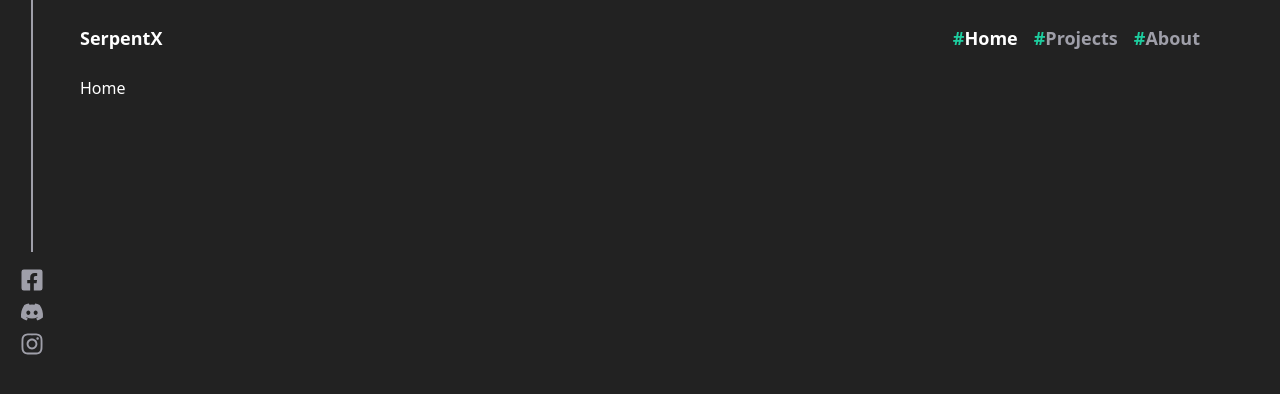
Repository: SERPENTX03/Portfolio-Tutorial
Page: /
An editor plug-in stored every save of this project. The page is shown before and after the next save, followed by the edit.
The browser window is 1280 px wide. The pictures show the whole page.
The project was rebuilt for these pictures with package versions that can differ from the ones it lists, and the page was loaded fresh each time. The framework's server and built-in components were replaced by stand-ins that run in the browser. Also part of the build but not shown: next.config.ts.

Above is the page before, as saved 2025-04-19 20:11:24.

### app/layout.tsx
import type { Metadata } from "next";
import { Geist, Geist_Mono } from "next/font/google";
import "./globals.css";
import SideContact from "@/components/SideContact";
import Navbar from "@/components/nav/Navbar";

const geistSans = Geist({
  variable: "--font-geist-sans",
  subsets: ["latin"],
});

const geistMono = Geist_Mono({
  variable: "--font-geist-mono",
  subsets: ["latin"],
});

export const metadata: Metadata = {
  title: "Create Next App",
  description: "Generated by create next app",
};

export default function RootLayout({
  children,
}: Readonly<{
  children: React.ReactNode;
}>) {
  return (
    <html lang="en">
      <body
        className={`${geistSans.variable} ${geistMono.variable} antialiased`}
      >
        <SideContact />
        <main className="max-w-[1200px] mx-auto px-10 ">
          <Navbar />
          {children}
        </main>
      </body>
    </html>
  );
}

### app/globals.css
@import "tailwindcss";

@theme {
  --color-primary: #1dcd9f;
  --color-background: #222222;
  --color-text: #9f9fa9;
}

body {
  background-color: var(--color-background);
  color: white;
}

### components/SideContact.tsx
import Link from "next/link";
import { FaFacebookSquare } from "react-icons/fa";
import { FaDiscord } from "react-icons/fa";
import { FaInstagram } from "react-icons/fa";

const SideContact = () => {
  return (
    <div className="fixed top-0 left-0 w-16 flex flex-col ">
      {/* Line */}
      <div className="h-[35vh] relative">
        <div className="h-full border border-text absolute top-0 left-1/2 -translate-x-1/2"></div>
      </div>
      {/* Socials */}
      <div className="text-text mt-4 flex flex-col gap-2 items-center">
        <Link target="_blank" href="https://www.facebook.com/serpentx.dev">
          <FaFacebookSquare size={24} />
        </Link>
        <Link target="_blank" href="https://discord.gg/serpentx">
          <FaDiscord size={24} />
        </Link>
        <Link target="_blank" href="https://www.instagram.com/serpentx.dev">
          <FaInstagram size={24} />
        </Link>
      </div>
    </div>
  );
};
export default SideContact;

### components/nav/Navbar.tsx
import Navlink from "./Navlink";

const Navbar = () => {
  return (
    <div className="flex justify-between items-center py-6">
      <h1 className="text-lg font-semibold ">SerpentX</h1>
      <Navlink />
    </div>
  );
};
export default Navbar;

### components/nav/Navlink.tsx
"use client";
import { links } from "@/data/NavLink";
import Link from "next/link";
import { usePathname } from "next/navigation";

const Navlink = () => {
  const pathname = usePathname();
  return (
    <ul className="flex gap-4">
      {links.map((nav, index) => (
        <li
          key={index}
          className={`text-lg font-semibold text-text ${
            pathname === nav.href ? "text-white" : "text-text"
          }`}
        >
          <Link href={nav.href}>
            <span className="text-primary">#</span>
            {nav.label}
          </Link>
        </li>
      ))}
    </ul>
  );
};
export default Navlink;

### data/NavLink.ts
export const links = [
  {
    label: "Home",
    href: "/",
  },
  {
    label: "Projects",
    href: "/projects",
  },
  {
    label: "About",
    href: "/about",
  },
];

### components/nav/MenuHamburger.tsx
const MenuHamburger = () => {
  return <div>MenuHamburger</div>;
};
export default MenuHamburger;

Loaded but not shown: app/page.tsx (common file)

After the next save:
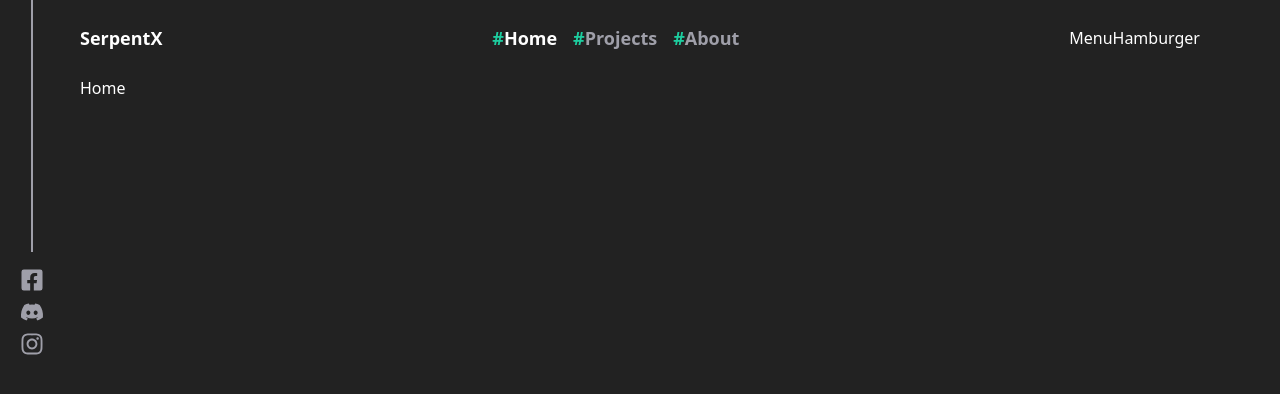
Saved 10 s later.
--- a/components/nav/Navbar.tsx
+++ b/components/nav/Navbar.tsx
@@ -1,3 +1,4 @@
+import MenuHamburger from "./MenuHamburger";
 import Navlink from "./Navlink";
 
 const Navbar = () => {
@@ -5,6 +6,7 @@ const Navbar = () => {
     <div className="flex justify-between items-center py-6">
       <h1 className="text-lg font-semibold ">SerpentX</h1>
       <Navlink />
+      <MenuHamburger />
     </div>
   );
 };

After the 2 saves that followed:
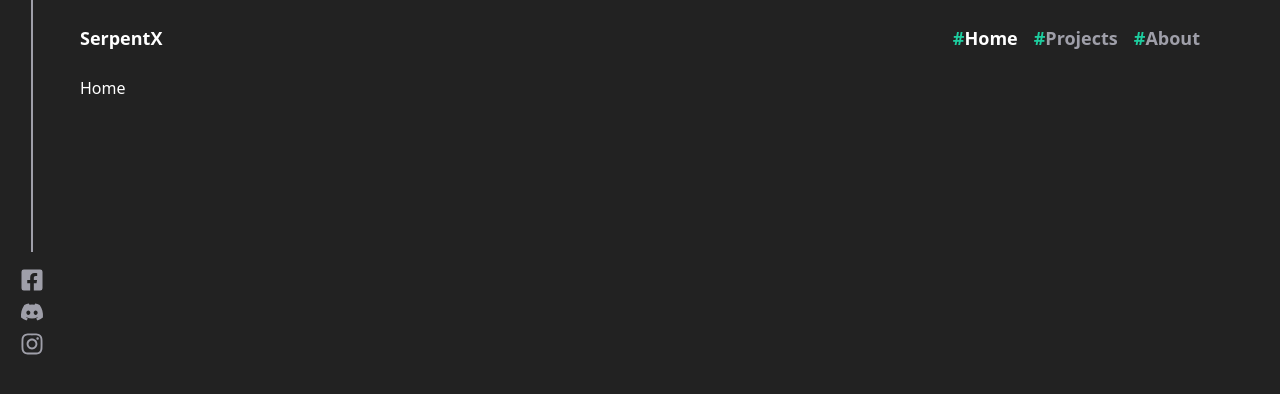
The 2 saves are shown as one change because 1 left the picture as it was.
The last was saved 21 s later.
--- a/components/nav/MenuHamburger.tsx
+++ b/components/nav/MenuHamburger.tsx
@@ -1,4 +1,4 @@
 const MenuHamburger = () => {
-  return <div>MenuHamburger</div>;
+  return <ul className="hidden">MenuHamburger</ul>;
 };
 export default MenuHamburger;
